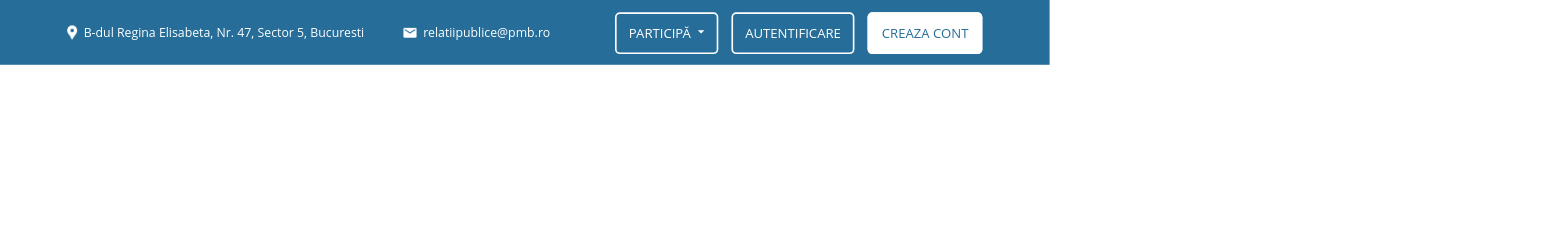
Repository: cosmin05072018/webis-task
Page: index.html
These files come from the project's save history. The page is drawn as it stood at one moment and after the next save; the edit follows.
The browser window is 1280 px wide. The page is 1280 px wide, then 1903 px, so the pictures cover 1903 px, including what lies to the right of the window. The pictures show the whole page, at 82% of full size.

Above is the page before, as saved 2024-09-25 19:58:20.

### index.html
<!DOCTYPE html>
<html lang="en">
<head>
    <meta charset="UTF-8">
    <meta name="viewport" content="width=device-width, initial-scale=1.0">
    <title>Platforma-Bugetare</title>
    <link href="https://cdn.jsdelivr.net/npm/bootstrap@5.3.3/dist/css/bootstrap.min.css" rel="stylesheet" integrity="sha384-QWTKZyjpPEjISv5WaRU9OFeRpok6YctnYmDr5pNlyT2bRjXh0JMhjY6hW+ALEwIH" crossorigin="anonymous">
    <link rel="stylesheet" href="./assets/css/style.css">
</head>
<body>
    <div class="container-fluid p-0">
        <header>
            <!-- <div class="section-top">
                <div class="d-flex h-100">
                    <div class="left-section d-flex flex-row">
                        <div class="location d-flex align-items-center">
                            <img src="./assets/images/location.svg" alt="location">
                            <p class="text-white">B-dul Regina Elisabeta, Nr. 47, Sector 5, Bucuresti</p>
                        </div>
                        <div class="mail d-flex align-items-center">
                            <img src="./assets/images/mail.svg" alt="mail">
                            <p class="text-white">relatiipublice@pmb.ro</p>
                        </div>
                    </div>
                    <div class="right-section">

                    </div>
                </div>
            </div> -->
            <nav class="navbar navbar-expand-lg">
                    <div class="container d-flex">
                        <div class="contacts d-flex gap-5">
                            <div class="location d-flex gap-2 align-items-center">
                                <img src="./assets/images/location.png" alt="location">
                                <p class="text-white m-0">B-dul Regina Elisabeta, Nr. 47, Sector 5, Bucuresti</p>
                            </div>
                            <div class="mail d-flex gap-2 align-items-center">
                                <img src="./assets/images/mail.png" alt="mail">
                                <p class="text-white m-0">relatiipublice@pmb.ro</p>
                            </div>
                        </div>

                        <div class="collapse navbar-collapse justify-content-end" id="navbarSupportedContent">
                            <!-- elementele din acest div se vor afisa cand apasam pe butonul de mai sus, dar asta cand suntem pe mobile -->
                            <ul class="navbar-nav mb-2 mb-lg-0">
                              <li class="nav-item dropdown">
                                <a class="nav-link dropdown-toggle rounded text-white" href="#" role="button" data-bs-toggle="dropdown" aria-expanded="false">
                                  PARTICIPĂ
                                </a>
                                <ul class="dropdown-menu">
                                  <li><a class="dropdown-item" href="#">Depune un proiect</a></li>
                                  <li><a class="dropdown-item" href="#">Proiectele mele</a></li>
                                  <!-- <li><hr class="dropdown-divider"></li> -->
                                  <li><a class="dropdown-item" href="#">Proiecte favorite</a></li>
                                </ul>
                              </li>
                              <li class="nav-item">
                                <a class="nav-link rounded text-white" aria-current="page" href="#">AUTENTIFICARE</a>
                            </li>
                            <li class="nav-item">
                                <a class="nav-link btn-create-account rounded bg-white" aria-current="page" href="#">CREAZA CONT</a>
                            </li>
                            </ul>
                        </div>
                    </div>


                  <!-- acest buton trebuie adaugat in sectiunea de jos!!!!!
                  <button class="navbar-toggler" type="button" data-bs-toggle="collapse" data-bs-target="#navbarSupportedContent" aria-controls="navbarSupportedContent" aria-expanded="false" aria-label="Toggle navigation">
                    <span class="navbar-toggler-icon"></span>
                  </button>


                  <div class="collapse navbar-collapse" id="navbarSupportedContent">
                    elementele din acest div se vor afisa cand apasam pe butonul de mai sus, dar asta cand suntem pe mobile
                    <ul class="navbar-nav me-auto mb-2 mb-lg-0">
                      <li class="nav-item">
                        <a class="nav-link active" aria-current="page" href="#">Home</a>
                      </li>
                      <li class="nav-item">
                        <a class="nav-link" href="#">Link</a>
                      </li>
                      <li class="nav-item dropdown">
                        <a class="nav-link dropdown-toggle" href="#" role="button" data-bs-toggle="dropdown" aria-expanded="false">
                          Dropdown
                        </a>
                        <ul class="dropdown-menu">
                          <li><a class="dropdown-item" href="#">Action</a></li>
                          <li><a class="dropdown-item" href="#">Another action</a></li>
                          <li><hr class="dropdown-divider"></li>
                          <li><a class="dropdown-item" href="#">Something else here</a></li>
                        </ul>
                      </li>
                      <li class="nav-item">
                        <a class="nav-link disabled" aria-disabled="true">Disabled</a>
                      </li>
                    </ul>
                    <form class="d-flex" role="search">
                     butoanele de autentificare / logare
                    </form>
                  </div> -->
            </nav>
        </header>
    </div>

    <script src="https://cdn.jsdelivr.net/npm/bootstrap@5.3.3/dist/js/bootstrap.bundle.min.js" integrity="sha384-YvpcrYf0tY3lHB60NNkmXc5s9fDVZLESaAA55NDzOxhy9GkcIdslK1eN7N6jIeHz" crossorigin="anonymous"></script>
</body>
</html>

### assets/css/style.css
:root {
  --bg-color: #266e99;
  --white: #ffffff;
  --text-hover: #4f4f4f;
  --text-blue: #266e99;
}

* {
  font-family: "Open Sans", sans-serif;
}

/* header{
    height: 195px;
}

header .section-top{
    background-color: var(--bg-color);
    height: 79px;
}
*/

nav p {
  font-size: 15px;
  font-weight: 400;
  line-height: 19px;
}

nav {
  background-color: var(--bg-color);
  height: 79px;
}

nav .nav-link {
  border: 2px solid var(--white);
}

nav p,
nav img {
  transition: 0.6s ease-in-out;
}

nav p:hover,
nav img:hover {
  opacity: 0.4;
}

.collapse .navbar-nav {
  gap: 16px;
}

.collapse .nav-link {
  display: inline !important;
  padding: 12px 15px 13px 15px !important;
  transition: 0.5s ease-in-out !important;
}

.nav-item .btn-create-account {
  color: var(--text-blue);
  font-weight: 500;
}

.collapse .nav-link:hover {
  background-color: var(--white);
  color: var(--text-blue) !important;
}

.mail img {
  width: 16px;
  height: 12px;
}

.location img {
  width: 12px;
  height: 17px;
}

After the next save:
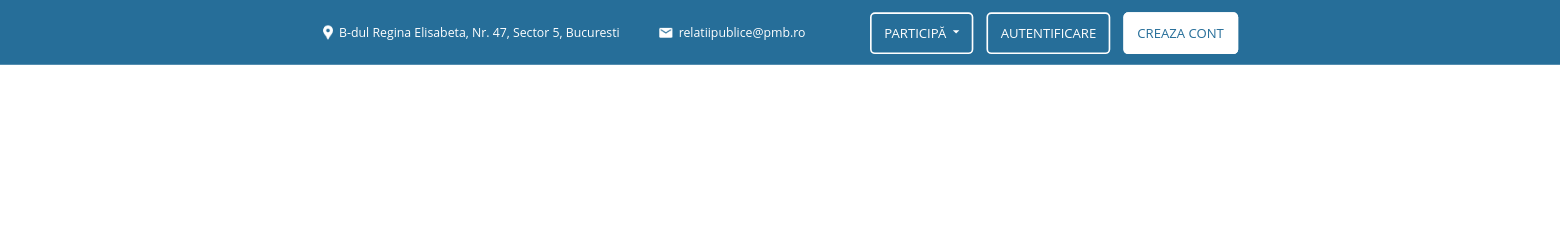
Saved 99 s later.
--- a/assets/css/style.css
+++ b/assets/css/style.css
@@ -27,6 +27,8 @@
 
 nav {
   background-color: var(--bg-color);
+  height: 79px;
+  width: 1903px;
   height: 79px;
 }
 
